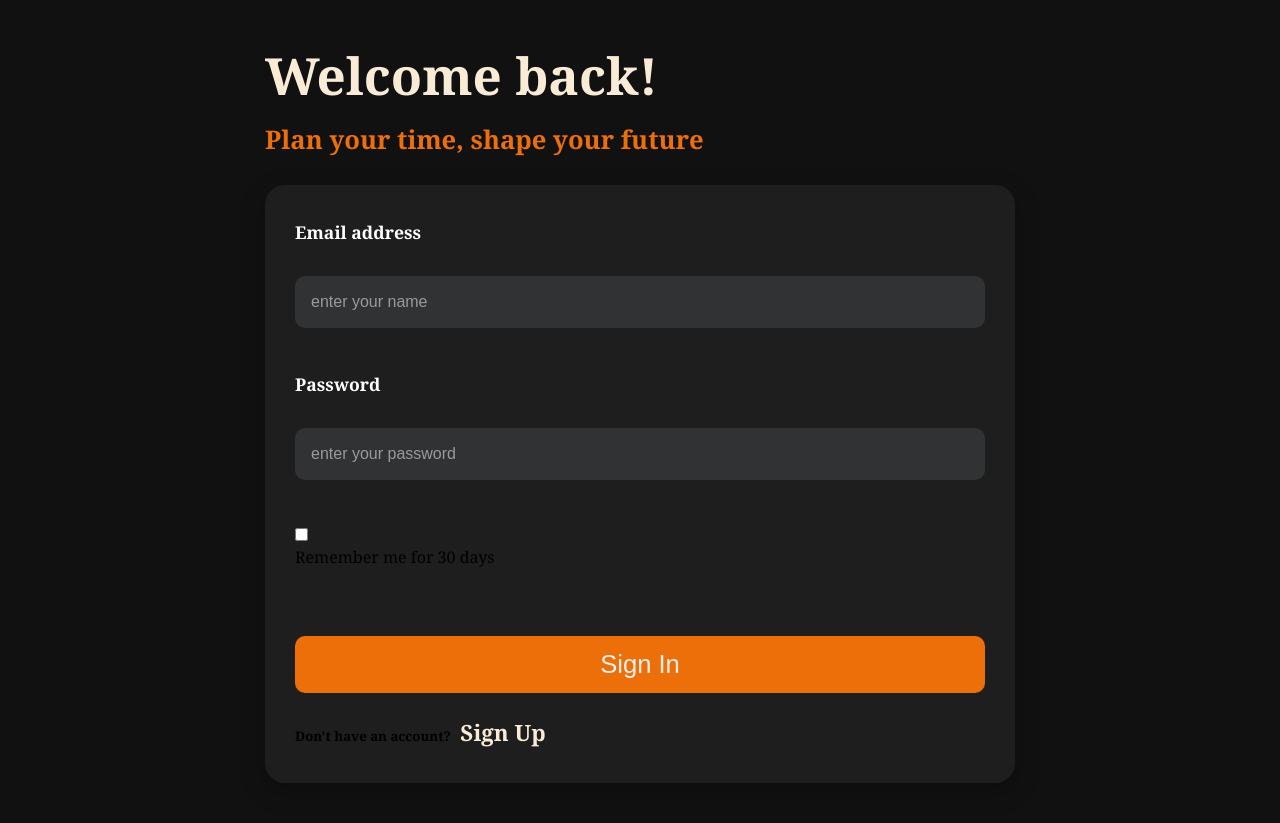
Repository: HaifaBaderBinDuhaim/web
Page: Frontend/logIn.html
These files come from the project's save history. The page is drawn as it stood at one moment and after the next save; the edit follows.
The browser window is 1280 px wide. The pictures show the whole page.

Above is the page before, as saved 2026-04-07 03:15:22.

### Frontend/logIn.html
<!doctype html>

<!doctype html>
<html lang="en">
  <head>
    <meta charset="UTF-8" />
    <title>smart study planner</title>
    <link rel="stylesheet" href="styleLogin.css" />
  </head>
  <body class="body">
    <article class="register">
      <h1 class="header1">Welcome back!</h1>
      <h3 class="quote">Plan your time, shape your future</h3>
      <nav class="background">
        <form>
          <label for="email" class="labels">Email address</label><br />
          <input
            id="email"
            name="email"
            type="text"
            placeholder="enter your name"
            class="whiteButton"
          /><br />
          <br />
          <label for="password" class="labels">Password</label><br />
          <input
            id="password"
            name="password"
            type="password"
            placeholder="enter your password"
            class="whiteButton"
          /><br />
          <br />
          <input type="checkbox" id="reminder" />
          <lable for="reminder" class="check-row">Remember me for 30 days</lable
          ><br />
          <br />
          <button type="button" class="button" onclick="goToPage()">
            Sign In
          </button>

          <script>
            function goToPage() {
              window.location.href = "courses2.html";
            }
          </script>
        </form>

        <h5>
          Don't have an account?
          <a href="register.html" alt="sign in" target="_blank" class="sign-up"
            >Sign Up</a
          >
        </h5>
      </nav>
    </article>
    <!-- <img
      src="studying .png"
      alt="studying"
      height="700"
      width="700"
      class="image"
    /> -->
  </body>
</html>

### Frontend/styleLogin.css
* {
  margin: 0;
  padding: 0;
  box-sizing: border-box;
}

body,
.body {
  min-height: 100vh;
  display: flex;
  justify-content: center;
  align-items: center;
  background-color: #111111;
  padding: 40px 20px;
  font-family: Georgia, "Times New Roman", serif;
}

.register {
  width: 100%;
  max-width: 750px;
}

.header1 {
  color: antiquewhite;
  font-size: clamp(2rem, 4vw, 3.5rem);
  margin-bottom: 12px;
}

.quote {
  color: #ec6f09;
  font-size: clamp(1.1rem, 2vw, 2rem);
  margin-bottom: 28px;
}

.background {
  width: 100%;
  background-color: #1e1e1e;
  border-radius: 20px;
  padding: 35px 30px;
  box-shadow: 0 8px 25px rgba(0, 0, 0, 0.25);
}

.form {
  width: 100%;
}

.labels {
  display: block;
  margin-bottom: 10px;
  color: #ffffff;
  font-weight: bold;
  font-size: 1.1rem;
}

.whiteButton {
  width: 100%;
  min-height: 52px;
  background-color: #303234;
  border-radius: 10px;
  border: none;
  color: antiquewhite;
  padding: 0 16px;
  font-size: 1rem;
  margin-bottom: 22px;
}

.whiteButton::placeholder {
  color: #9a9a9a;
}

.whiteButton:focus {
  outline: 2px solid #ec6f09;
}

.check-row {
  display: flex;
  align-items: center;
  gap: 10px;
  margin-bottom: 24px;
  flex-wrap: wrap;
}

.check-label {
  color: antiquewhite;
  font-size: 1rem;
}

.button {
  width: 100%;
  background-color: #ec6f09;
  padding: 14px 20px;
  border: none;
  border-radius: 10px;
  color: rgb(242, 239, 235);
  font-size: 1.6rem;
  cursor: pointer;
  transition: 0.3s ease;
  margin-bottom: 24px;
}

.button:hover {
  background-color: #ff7d12;
}

.account-text {
  color: antiquewhite;
  font-size: 1rem;
}

.sign-up {
  font-size: 1.4rem;
  text-decoration: none;
  color: antiquewhite;
  font-weight: bold;
  margin-left: 6px;
}

.sign-up:hover {
  text-decoration: underline;
  color: #ffffff;
}

/* Tablet */
@media (max-width: 768px) {
  .register {
    max-width: 600px;
  }

  .background {
    padding: 28px 22px;
  }

  .button {
    font-size: 1.3rem;
  }
}

/* Mobile */
@media (max-width: 480px) {
  body,
  .body {
    padding: 25px 14px;
  }

  .background {
    padding: 22px 16px;
    border-radius: 16px;
  }

  .labels {
    font-size: 1rem;
  }

  .whiteButton {
    min-height: 46px;
    font-size: 0.95rem;
  }

  .button {
    font-size: 1.1rem;
    padding: 12px;
  }

  .sign-up {
    font-size: 1.1rem;
  }
}
/*
styling for sidebar
======================================================================*/

.body-sidebare {
  background-color: #111111;
  font-family: Arial, sans-serif;
  min-height: 100vh;
  padding: 30px;
}

.sidebar {
  width: 260px;
  min-height: 100vh;
  background-color: #1e1e1e;
  color: white;
  padding: 25px 18px;
  border-radius: 20px;
}

.logo {
  display: flex;
  align-items: center;
  gap: 12px;
  margin-bottom: 35px;
  font-size: 28px;
  font-weight: bold;
}

.logo svg {
  width: 22px;
  height: 22px;
  color: #b197fc;
}

.menu {
  display: flex;
  flex-direction: column;
  gap: 8px;
}

.item {
  display: flex;
  align-items: center;
  gap: 12px;
  padding: 12px 14px;
  border-radius: 12px;
  cursor: pointer;
  transition: 0.3s;
  color: #d1d1d1;
}

.item:hover {
  background-color: #2a2a2a;
  color: white;
}

.item svg {
  width: 20px;
  height: 20px;
}
.link {
  text-decoration: none;
  color: antiquewhite;
}
.link:hover {
  text-decoration: underline;
  font-size: 17px;
}

/* ======================================================================================= */

After the next save:
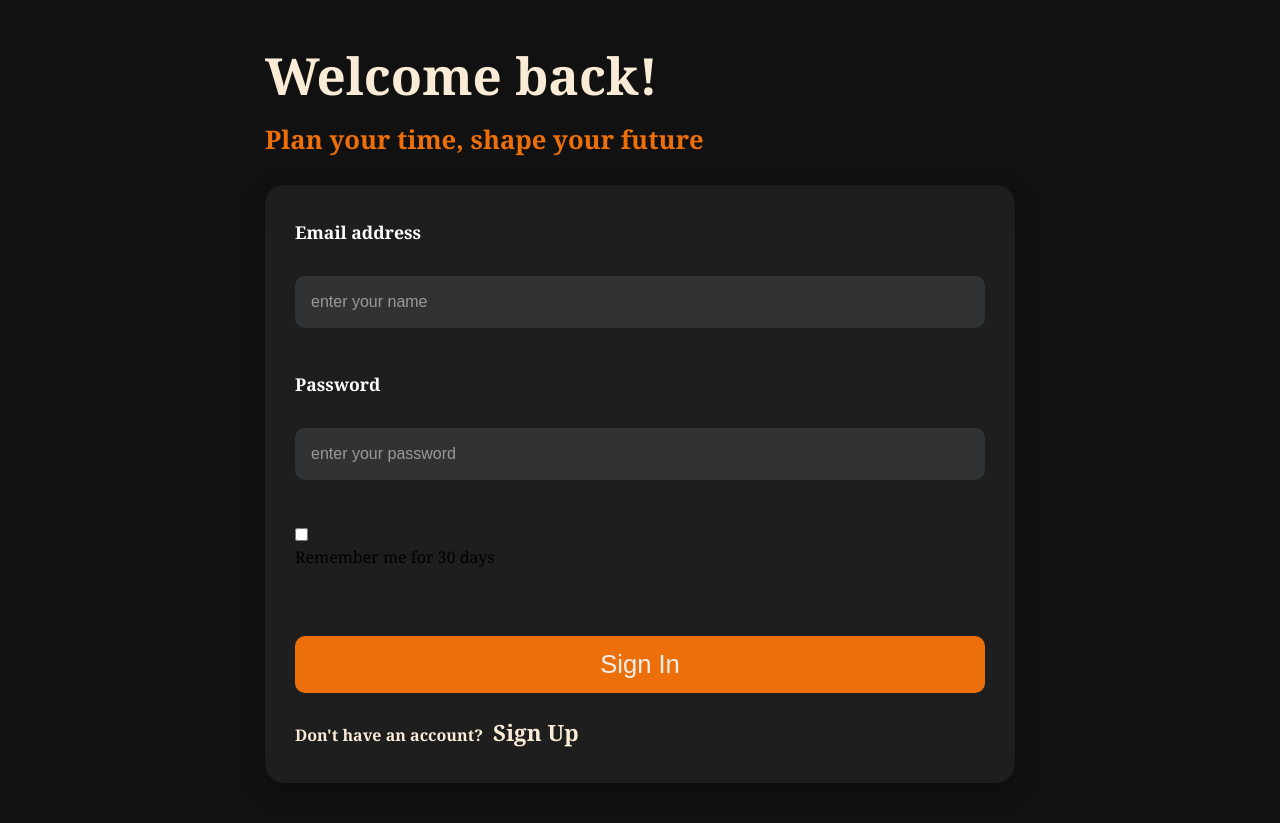
Saved 97 s later.
--- a/Frontend/logIn.html
+++ b/Frontend/logIn.html
@@ -46,7 +46,7 @@
           </script>
         </form>
 
-        <h5>
+        <h5 class="account-text">
           Don't have an account?
           <a href="register.html" alt="sign in" target="_blank" class="sign-up"
             >Sign Up</a
